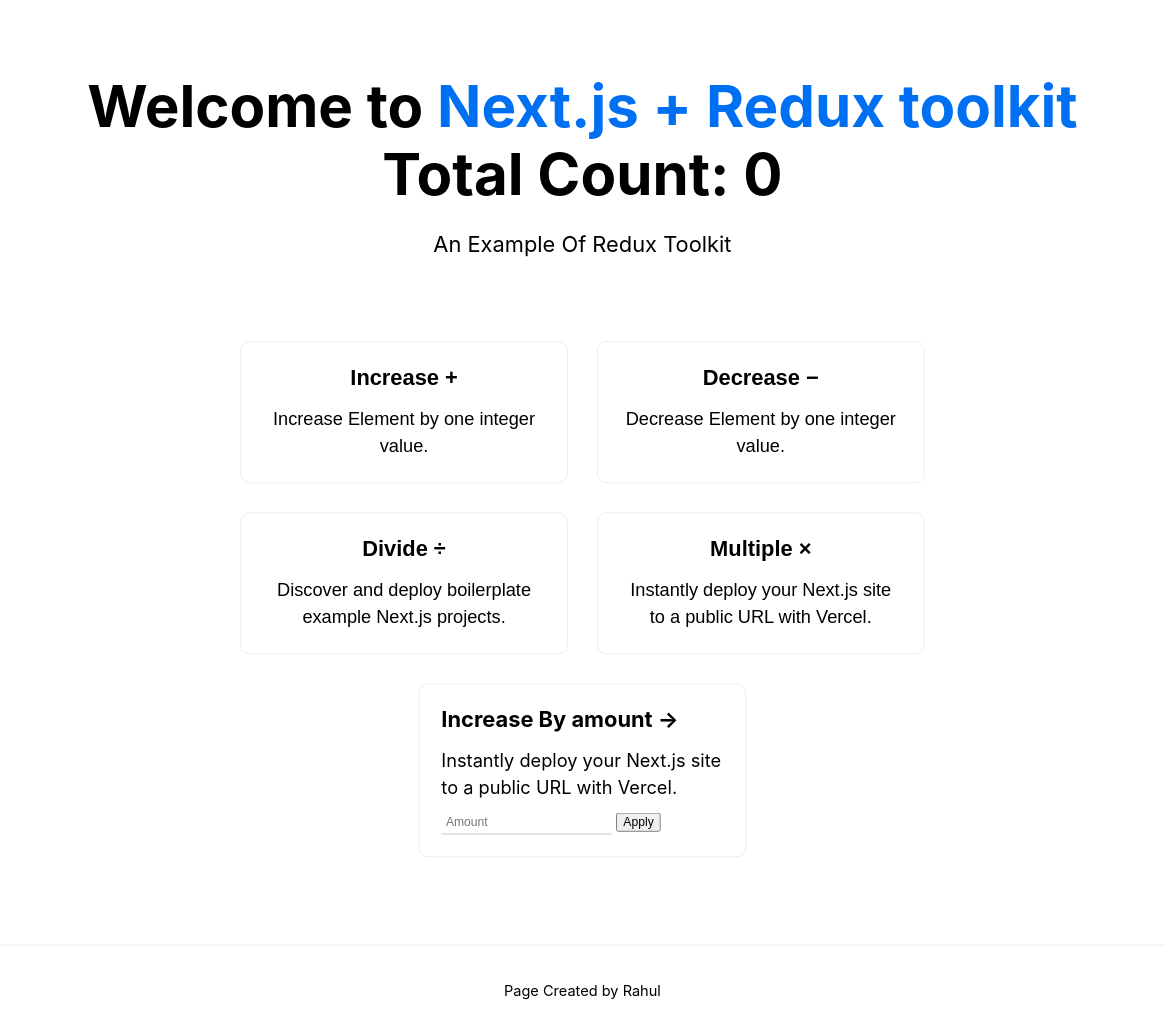
Repository: TECHIE404/Redux-Example
Page: /
An editor plug-in stored every save of this project. The page is shown before and after the next save, followed by the edit.
The browser window is 1280 px wide. The pictures show the whole page, at 91% of full size.
The project was rebuilt for these pictures with package versions that can differ from the ones it lists, and the page was loaded fresh each time. The framework's server and built-in components were replaced by stand-ins that run in the browser. Also part of the build but not shown: next.config.js.

Above is the page before, as saved 2022-06-10 01:03:21.

### pages/index.js
import styles from '../styles/Home.module.css'
import Header from "../src/components/head";
import Main from "../src/components/mainPage";
import Footer from "../src/components/footer";

import {Provider} from 'react-redux';
import {store} from '../src/state/store';


export default function Home() {
  return (
    <div className="container">
    <Provider store={store}>
      <Header/>
      <Main />
      <Footer />
      </Provider>
    </div>
  )
}

### styles/Home.module.css
.container {
  min-height: 100vh;
  padding: 0 0.5rem;
  display: flex;
  flex-direction: column;
  justify-content: center;
  align-items: center;
  height: 100vh;
}

.main {
  padding: 5rem 0;
  flex: 1;
  display: flex;
  flex-direction: column;
  justify-content: center;
  align-items: center;
}

.amountBox{
  margin-top:10px;
  margin-right: 5px;
  border: none;
  border-bottom: 1px solid #c3c3c9;
  padding: 5px;
}
.amountBox:focus{
  margin-top:10px;
  margin-right: 5px;
  border: none;
  border-bottom: 1px solid #c3c3c9;
  padding: 5px;
}

.footer {
  width: 100%;
  height: 100px;
  border-top: 1px solid #eaeaea;
  display: flex;
  justify-content: center;
  align-items: center;
}

.footer a {
  display: flex;
  justify-content: center;
  align-items: center;
  flex-grow: 1;
}

.title a {
  color: #0070f3;
  text-decoration: none;
}

.title a:hover,
.title a:focus,
.title a:active {
  text-decoration: underline;
}

.title {
  margin: 0;
  line-height: 1.15;
  font-size: 4rem;
}

.title,
.description {
  text-align: center;
}

.description {
  line-height: 1.5;
  font-size: 1.5rem;
}

.code {
  background: #fafafa;
  border-radius: 5px;
  padding: 0.75rem;
  font-size: 1.1rem;
  font-family: Menlo, Monaco, Lucida Console, Liberation Mono, DejaVu Sans Mono,
    Bitstream Vera Sans Mono, Courier New, monospace;
}

.grid {
  display: flex;
  align-items: center;
  justify-content: center;
  flex-wrap: wrap;
  max-width: 800px;
  margin-top: 3rem;
}

.card {
  margin: 1rem;
  padding: 1.5rem;
  text-align: left;
  color: inherit;
  text-decoration: none;
  border: 1px solid #eaeaea;
  border-radius: 10px;
  transition: color 0.15s ease, border-color 0.15s ease;
  width: 45%;
}

.card:hover,
.card:focus,
.card:active {
  color: #0070f3;
  border-color: #0070f3;
}

.card h2 {
  margin: 0 0 1rem 0;
  font-size: 1.5rem;
}

.card p {
  margin: 0;
  font-size: 1.25rem;
  line-height: 1.5;
}

.logo {
  height: 1em;
  margin-left: 0.5rem;
}

@media (max-width: 600px) {
  .grid {
    width: 100%;
    flex-direction: column;
  }
}

### src/components/head.js
import React from 'react'
import Head from 'next/head'

function Header() {
  return (
    <Head>
        <title>Create Next App</title>
        <meta name="description" content="Generated by create next app" />
        <link rel="icon" href="/favicon.ico" />
      </Head>
  )
}

export default Header

### src/components/mainPage.js
import React,{useState} from 'react';
import styles from '../../styles/Home.module.css';
import {useDispatch, useSelector} from 'react-redux';
import { decrease, increase, divide, multiply, incrementByAmount } from '../state/countReducer';

function MainPage() {

    const count=useSelector((state)=> state.counter.value);
    const dispatch = useDispatch()
    const [amount, setAmount]=useState();

  return (
    <main className={styles.main}>
        <h1 className={`${styles.title}`}>
          Welcome to <a href="https://nextjs.org">Next.js + Redux toolkit</a>
        </h1>
        <h1 className={styles.title}>
          Total Count: {count}
        </h1>

        <p className={styles.description}>
         An Example Of Redux Toolkit
        </p>

        <div className={styles.grid}>

          <a  className={styles.card}>
          <button onClick={() => dispatch(increase())} style={{border:"none", background:"none"}}>
            <h2>Increase &#43;</h2>
            <p>Increase Element by one integer value.</p>
            </button>
          </a>


          <a  className={styles.card}>
          <button onClick={()=>dispatch(decrease())} style={{border:"none", background:"none"}}>
            <h2>Decrease &#8722;</h2>
            <p>Decrease Element by one integer value.</p>
            </button>
          </a>


          <a
            className={styles.card}
          >
          <button onClick={()=>dispatch(divide())} style={{border:"none", background:"none"}}>
            <h2>Divide &divide;</h2>
            <p>Discover and deploy boilerplate example Next.js projects.</p>
            </button>
          </a>

          <a
            className={styles.card}
          >
          <button onClick={()=>dispatch(multiply())} style={{border:"none", background:"none"}}>
            <h2>Multiple &times;</h2>
            <p>
              Instantly deploy your Next.js site to a public URL with Vercel.
            </p>
            </button>
          </a>
          <a
            className={styles.card}
          >
            <h2>Increase By amount &rarr;</h2>
            <p>

              Instantly deploy your Next.js site to a public URL with Vercel.
            </p>
            <input type="number" className={styles.amountBox} placeholder="Amount" defaultValue={amount}
            onChange={(e)=>setAmount(e.target.value)}/>
            <button className="btn btn-primary"
            onClick={()=>{
                dispatch(incrementByAmount(Number(amount) || 0));

            }}>Apply</button>
          </a>
        </div>
      </main>
  )
}

export default MainPage

### src/components/footer.js
import React from 'react'
import Image from 'next/image';
import styles from '../../styles/Home.module.css';

function Footer() {
  return (
    <footer className={styles.footer}>
        <a
          href="https://vercel.com?utm_source=create-next-app&utm_medium=default-template&utm_campaign=create-next-app"
          target="_blank"
          rel="noopener noreferrer"
        >
          Page Created by{' '}
          Rahul
        </a>
      </footer>
  )
}

export default Footer

### src/state/store.js
import {configureStore} from '@reduxjs/toolkit';
import counterReducer from './countReducer';

export const store = configureStore({
    reducer: {
        counter: counterReducer
    },
})

### src/state/countReducer.js
import { createSlice } from '@reduxjs/toolkit';

const initialState ={
    value: 0,
}

export const CounterReducer= createSlice({
    name: 'counter',
    initialState,
    reducers: {
        increase: (state)=>{
            state.value +=1;
        },
        decrease: (state)=>{
            if(state.value>0)
                state.value -=1;
        },
        divide: (state)=>{
            if(state.value>0){
                state.value /=2;
            }
        },
        multiply: (state)=>{
            if(state.value>0)
                state.value *=2;
        },
        incrementByAmount: (state,action)=>{
            state.value += action.payload
        },
    },
})

export const {increase, decrease, incrementByAmount, divide,multiply} = CounterReducer.actions;

export default CounterReducer.reducer;

Loaded but not shown: pages/_app.js (common file); styles/globals.css (common file)

After the next save:
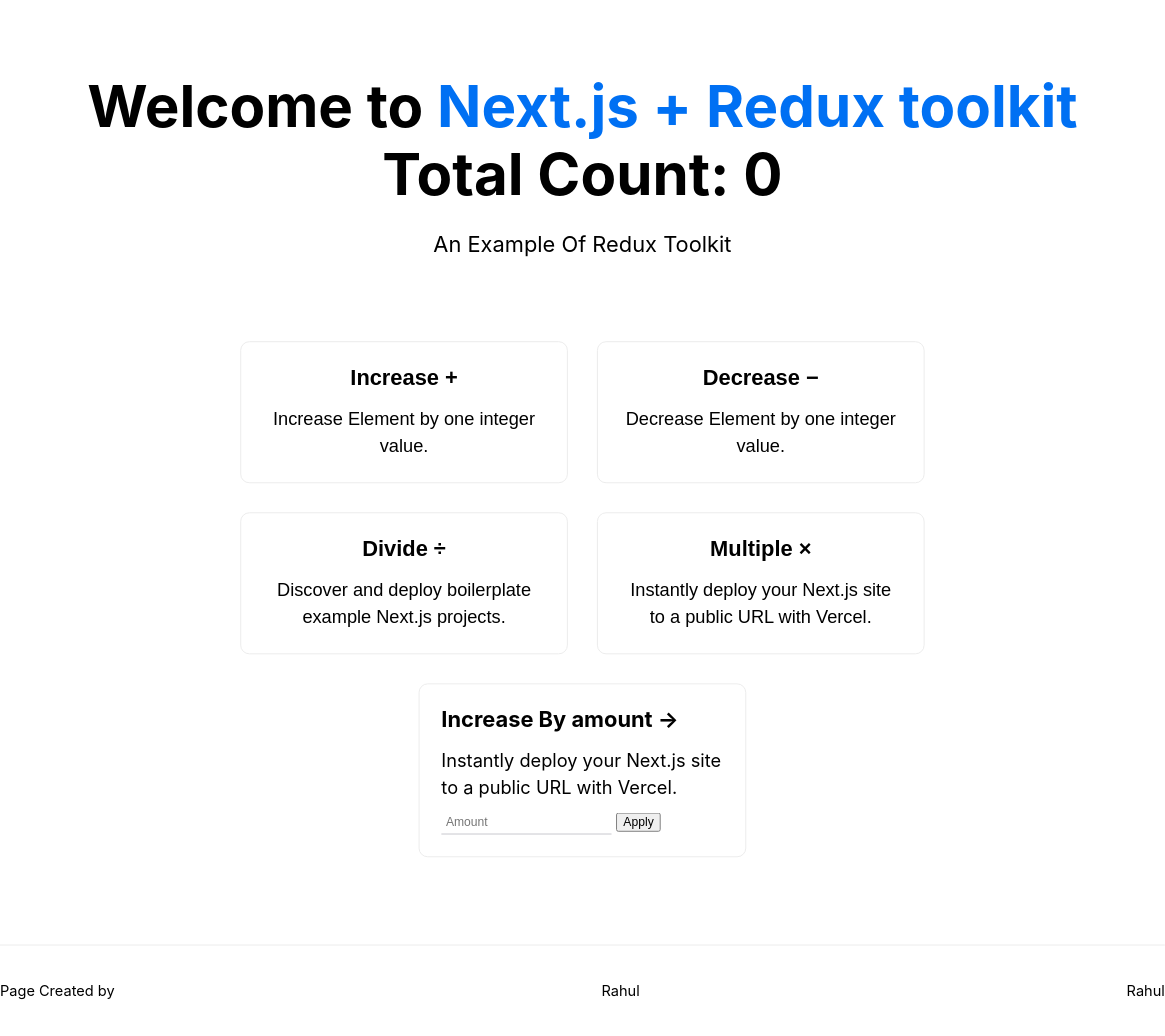
Saved 10 s later.
--- a/src/components/footer.js
+++ b/src/components/footer.js
@@ -11,7 +11,7 @@
           rel="noopener noreferrer"
         >
           Page Created by{' '}
-          Rahul
+          <a>Rahul</a>Rahul
         </a>
       </footer>
   )
